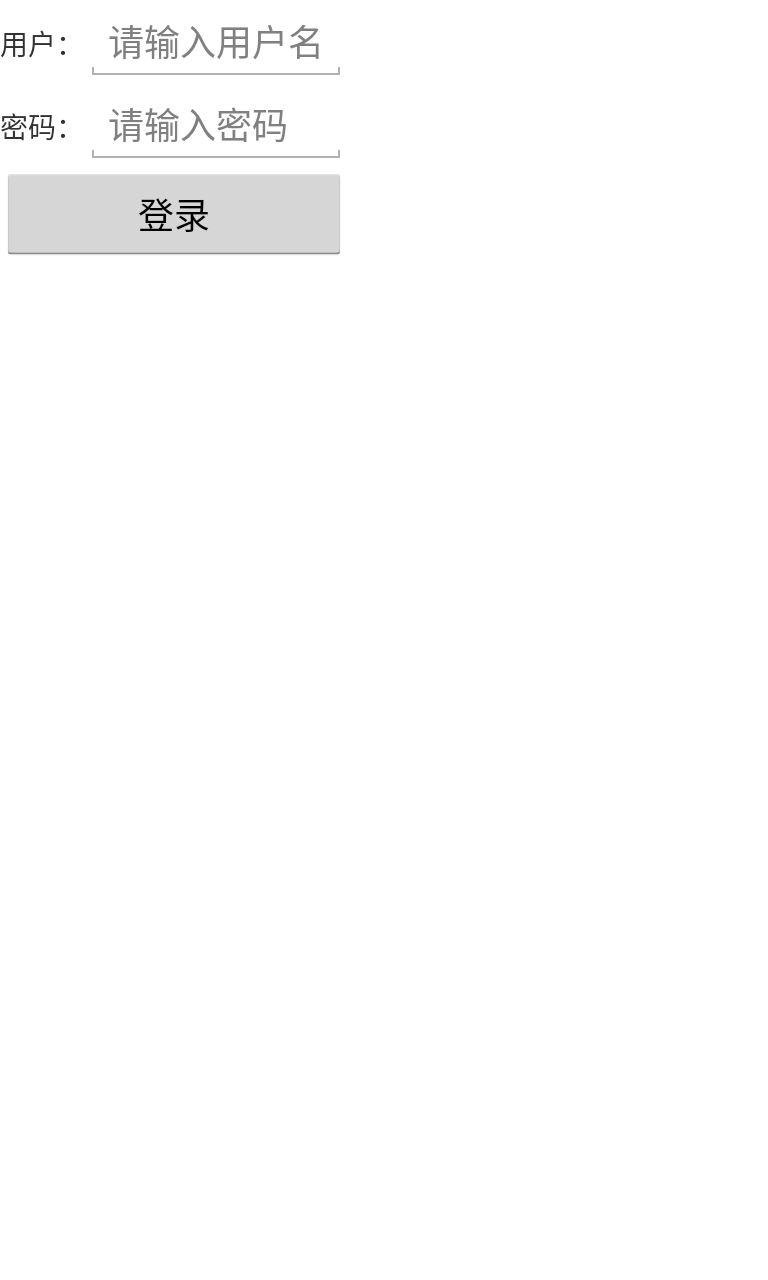
Repository: jinpp/Android
Layout: UILayoutTest/res/layout/talblelayout.xml
The author's editor kept a copy of each file at every save. The layout is drawn from the files as they stood at one save, then again after the next save.
It is drawn on a 768 x 1280 px phone screen (xhdpi) without system bars, with theme AppTheme; the app's code is not run.

Above is the layout before, as saved 2016-11-17 01:21:51.

### UILayoutTest/res/layout/talblelayout.xml
<?xml version="1.0" encoding="utf-8"?>
<TableLayout xmlns:android="http://schemas.android.com/apk/res/android"
    android:layout_width="match_parent"
    android:layout_height="match_parent"
    >

    <TableRow>

        <TextView
            android:id="@+id/user"
            android:layout_height="wrap_content"
            android:gravity="center"
            android:text="用户：" />

        <EditText
            android:id="@+id/inputuser"
            android:layout_height="wrap_content"
            android:hint="请输入用户名" />
    </TableRow>

    <TableRow>

        <TextView
            android:id="@+id/password"
            android:layout_height="wrap_content"
            android:gravity="center"
            android:text="密码：" />

        <EditText
            android:id="@+id/inputpword"
            android:layout_height="wrap_content"
            android:hint="请输入密码"
            android:inputType="textPassword" />
    </TableRow>

    <TableRow>

        <Button
            android:id="@+id/login"
            android:layout_height="wrap_content"
            android:layout_span="2"
            android:text="登录" />
    </TableRow>

</TableLayout>

Loaded but not shown: UILayoutTest/res/values/styles.xml (common file); UILayoutTest/res/values-v11/styles.xml (common file); UILayoutTest/res/values-v14/styles.xml (common file)

After the next save:
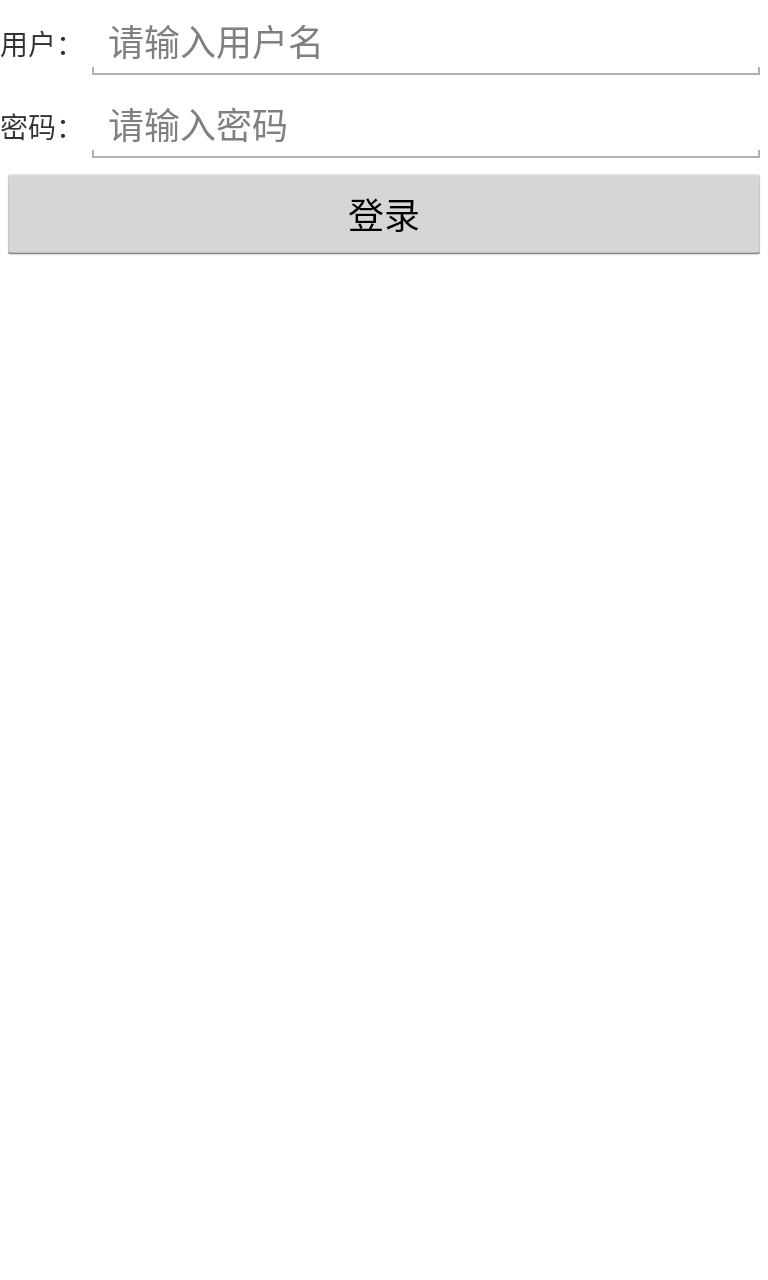
Saved 10 s later.
--- a/UILayoutTest/res/layout/talblelayout.xml
+++ b/UILayoutTest/res/layout/talblelayout.xml
@@ -2,6 +2,7 @@
 <TableLayout xmlns:android="http://schemas.android.com/apk/res/android"
     android:layout_width="match_parent"
     android:layout_height="match_parent"
+    android:stretchColumns="1"
     >
 
     <TableRow>
